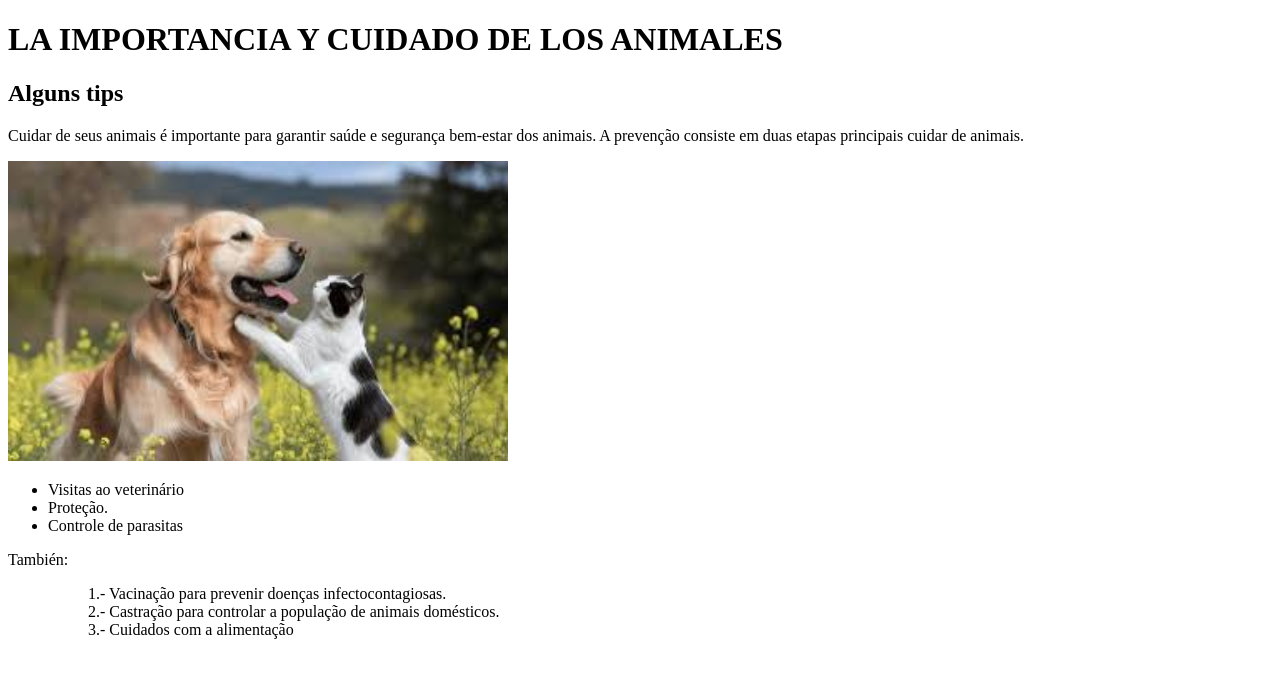
Repository: AnaFzCz/PROYECTOS-HTML---CSS2
Page: Ex_project_1/index.html
These files come from the project's save history. The page is drawn as it stood at one moment and after the next save; the edit follows.
The browser window is 1280 px wide. The pictures show the whole page.

Above is the page before, as saved 2025-01-20 06:55:41.

### Ex_project_1/index.html
<!DOCTYPE html>
<head>
    <title>Project_One</title>
    <meta charset="UTF-8">
</head>
<body>
    <h1>LA IMPORTANCIA Y CUIDADO DE LOS ANIMALES</h1>
    <h2>Alguns tips</h2>
    <p>Cuidar de seus animais é importante para garantir saúde e segurança bem-estar dos animais. A prevenção consiste em duas etapas principais cuidar de animais.</p>
    <img src="animales.jpg" alt="animales" style="width:500px;height: 300px;">

    <ul>
        <li>Visitas ao veterinário</li>
        <li>Proteção.</li>
        <li>Controle de parasitas</li>
    </ul>
    <p> También:</p>
    <ul>
        <ol>1.- Vacinação para prevenir doenças infectocontagiosas.</ol>
        <ol>2.- Castração para controlar a população de animais domésticos.</ol>
        <ol>3.- Cuidados com a alimentação</ol>
    </ul>
</body>

After the next save:
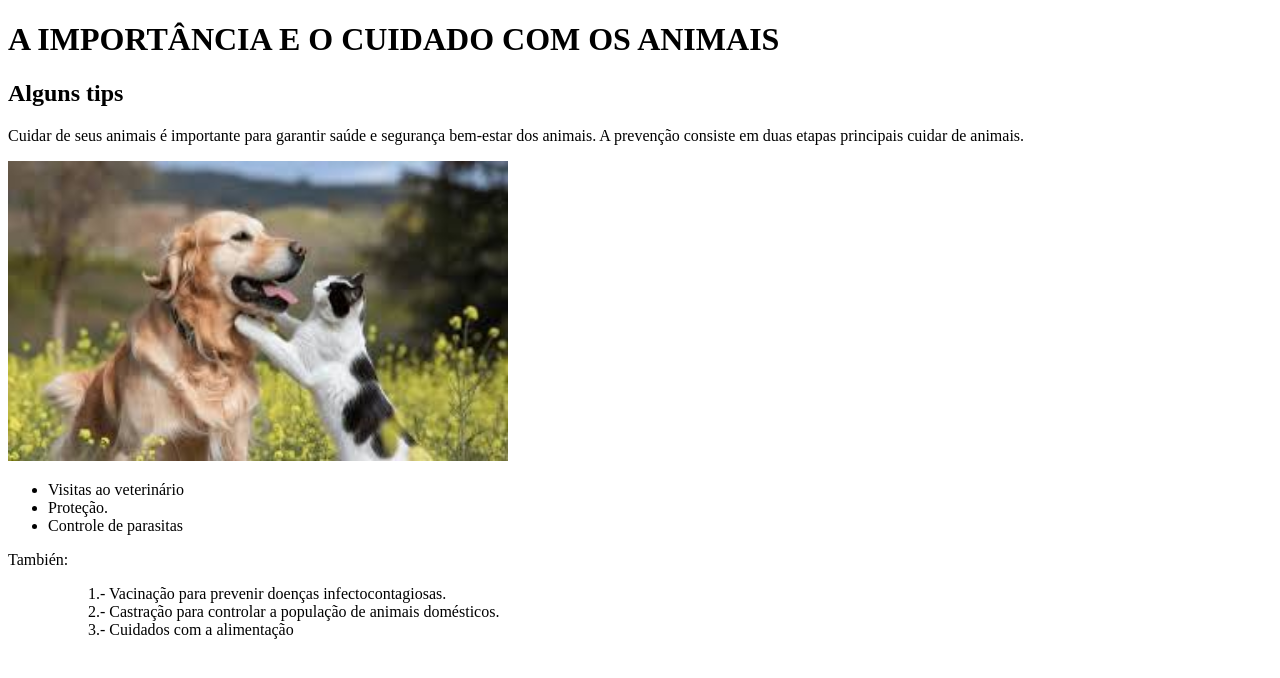
Saved 4 min 16 s later.
--- a/Ex_project_1/index.html
+++ b/Ex_project_1/index.html
@@ -4,7 +4,7 @@
     <meta charset="UTF-8">
 </head>
 <body>
-    <h1>LA IMPORTANCIA Y CUIDADO DE LOS ANIMALES</h1>
+    <h1>A IMPORTÂNCIA E O CUIDADO COM OS ANIMAIS</h1>
     <h2>Alguns tips</h2>
     <p>Cuidar de seus animais é importante para garantir saúde e segurança bem-estar dos animais. A prevenção consiste em duas etapas principais cuidar de animais.</p>
     <img src="animales.jpg" alt="animales" style="width:500px;height: 300px;">
